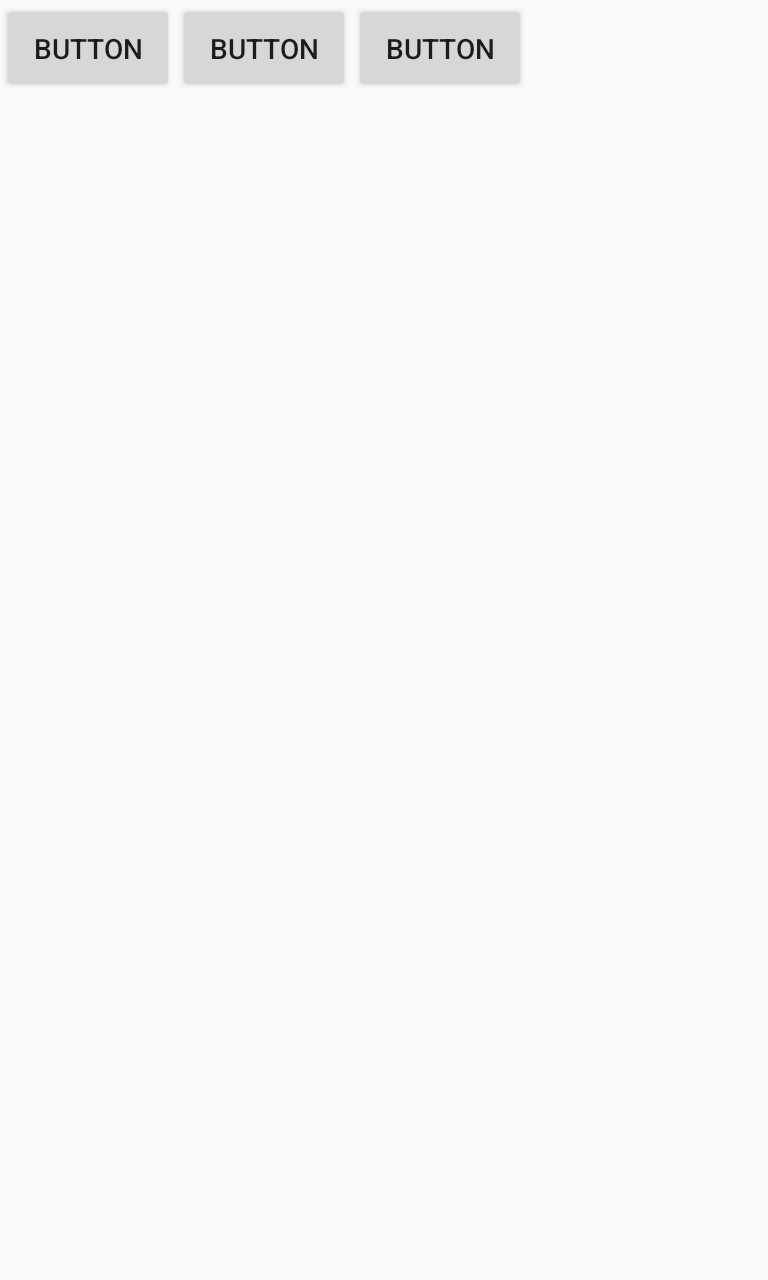
Repository: PaulAlfred/Android_Exercises
Layout: MoreLayouts/res/layout/linrel_layout.xml
These files come from the project's save history. The layout is drawn as it stood at one moment and after the next save; the edit follows.
It is drawn on a 768 x 1280 px phone screen (xhdpi) without system bars, with theme AppTheme; the app's code is not run.

Above is the layout before, as saved 2014-10-27 01:52:15.

### MoreLayouts/res/layout/linrel_layout.xml
<?xml version="1.0" encoding="utf-8"?>
<FrameLayout xmlns:android="http://schemas.android.com/apk/res/android"
    android:layout_width="match_parent"
    android:layout_height="match_parent"
>

    <LinearLayout
        android:layout_width="match_parent"
        android:layout_height="wrap_content" >

        <Button
            android:id="@+id/button1"
            android:layout_width="wrap_content"
            android:layout_height="wrap_content"
            android:text="Button" />

        <Button
            android:id="@+id/button2"
            android:layout_width="wrap_content"
            android:layout_height="wrap_content"
            android:layout_gravity="left"
            android:text="Button" />

        <Button
            android:id="@+id/button3"
            android:layout_width="wrap_content"
            android:layout_height="wrap_content"
            android:text="Button" />

    </LinearLayout>

</FrameLayout>

Loaded but not shown: MoreLayouts/res/values/styles.xml (common file); MoreLayouts/res/values-v11/styles.xml (common file); MoreLayouts/res/values-v14/styles.xml (common file)

After the next save:
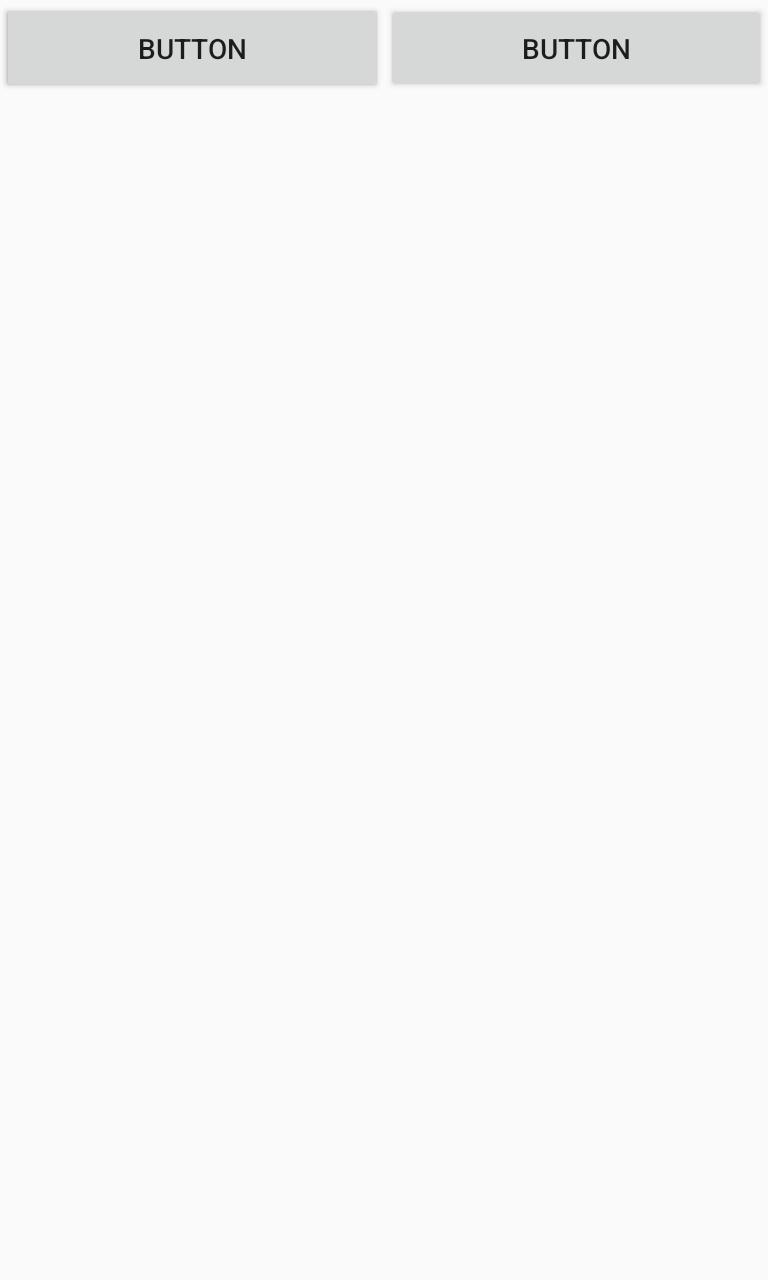
Saved 12 min 43 s later.
--- a/MoreLayouts/res/layout/linrel_layout.xml
+++ b/MoreLayouts/res/layout/linrel_layout.xml
@@ -6,25 +6,32 @@
 
     <LinearLayout
         android:layout_width="match_parent"
-        android:layout_height="wrap_content" >
+        android:layout_height="match_parent" >
 
-        <Button
-            android:id="@+id/button1"
+        <FrameLayout
             android:layout_width="wrap_content"
-            android:layout_height="wrap_content"
-            android:text="Button" />
+            android:layout_height="match_parent"
+            android:layout_weight="1" >
 
-        <Button
-            android:id="@+id/button2"
-            android:layout_width="wrap_content"
-            android:layout_height="wrap_content"
-            android:layout_gravity="left"
-            android:text="Button" />
+            <Button
+                android:id="@+id/button1"
+                android:layout_width="match_parent"
+                android:layout_height="wrap_content"
+                android:text="Button" />
+
+            <Button
+                android:id="@+id/button2"
+                android:layout_width="match_parent"
+                android:layout_height="wrap_content"
+                android:layout_below="@id/button1"
+                android:text="Button" />
+        </FrameLayout>
 
         <Button
             android:id="@+id/button3"
             android:layout_width="wrap_content"
             android:layout_height="wrap_content"
+            android:layout_weight="1"
             android:text="Button" />
 
     </LinearLayout>
